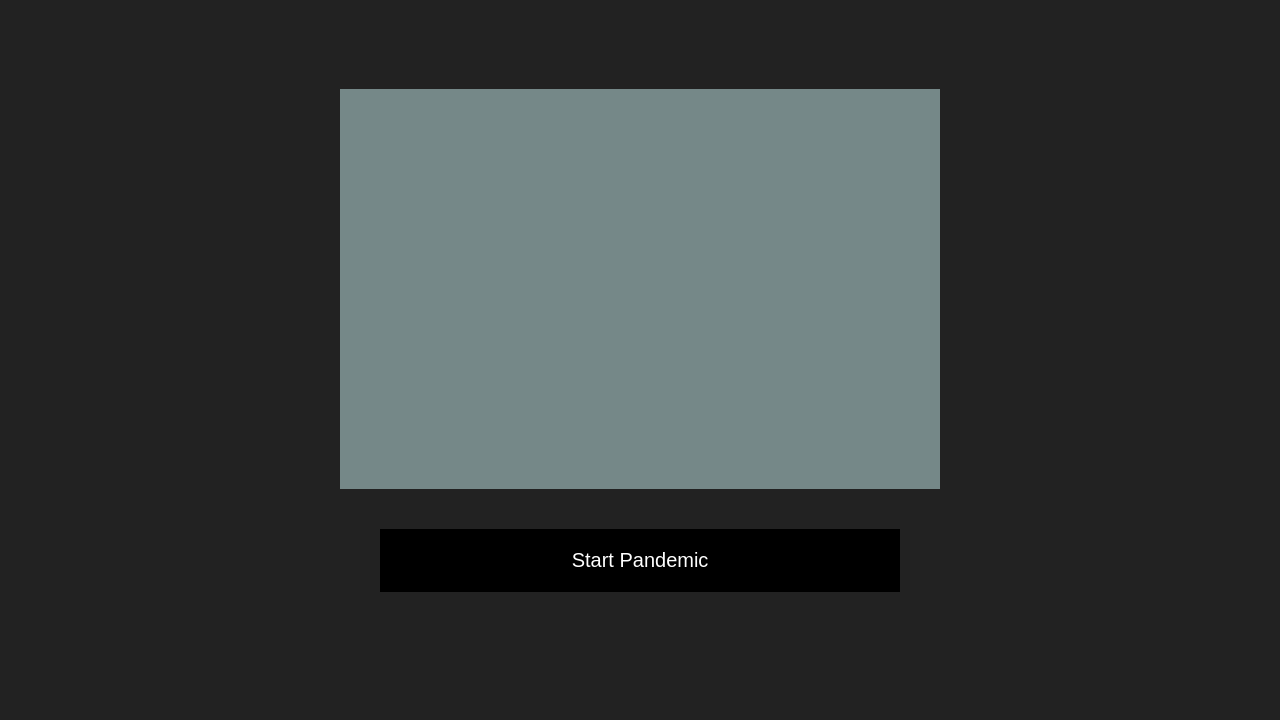
Repository: mindfoo/project-game
Page: index.html
These files come from the project's save history. The page is drawn as it stood at one moment and after the next save; the edit follows.
The browser window is 1280 px wide. The pictures show the whole page.

Above is the page before, as saved 2020-03-25 21:38:43.

### index.html
<!DOCTYPE html>
<html lang="en">
  <head>
    <meta charset="UTF-8" />
    <meta name="viewport" content="width=device-width;
    initial-scale=1; maximum-scale=1; user-scalable=0;"/>
    <meta http-equiv="X-UA-Compatible" content="ie=edge" />
    <link rel="stylesheet" href="styles/style.css" />
    <title>Project | Flappy Corona</title>
  </head>
  <body>

    <div id="game-board">
      <canvas id="canvas" width="600" height="400" ></canvas>

      <button class="start" id="start-button">Start Pandemic</button>
    </div>

    <script type="text/javascript" src="js/obstacles.js"></script>
    <script type="text/javascript" src="js/player.js"></script>
    <script type="text/javascript" src="js/background.js"></script>
    <script type="text/javascript" src="js/game.js"></script>
    <script type="text/javascript" src="js/script.js"></script>
  </body>
</html>

### styles/style.css
@import url('https://fonts.googleapis.com/css2?family=Sen:wght@400;700;800&display=swap');


html, body {
  overflow: hidden;
  margin: 0;
  padding: 0;
  background: #222;
  width: 100vw;
  height: 100vh;
  position: relative;
  display: flex;
  text-align: center;
  align-items: center;
  justify-content: center;
}

canvas{
  z-index: 1;
  background: #758888;
}

body > * {
  font-family: 'Sen', sans-serif;
  font-weight: 800;
}

body h1 {
  font-size: 30px;
  text-transform: uppercase;
}

body button {
  font-size: 20px;
  background-color: black;
  color: #fff;
  padding: 20px 30px;
  border: 0;
  margin: 40px;
}

#game-board {
  display: flex;
  flex-direction: column;
}

### js/obstacles.js
class ObstaclePipes {
    constructor(game) {
      this.game = game;
      this.ctx = game.ctx;

      this.height = 452/5;
      this.width = 471/5;

      this.x = this.game.width;
      this.y = Math.floor((Math.random() * (this.game.height-this.height)));

      this.speed = 3;

      this.position = [];

      this.image = new Image();
      this.image.src = "./images/corona.png";
    }
    drawObstacle() {
      console.log(this.y)
      this.ctx.drawImage(this.image, this.x, this.y, this.width, this.height);
    }
    update() {
      this.x -= this.speed;
    }
  }

### js/player.js
class Player {
  constructor(game) {
    this.game = game;
    this.ctx = game.ctx;
    this.x = 20;
    this.y = this.game.height / 2;
    this.width = 40;
    this.height = 35;

    this.speedY = 0;
    this.gravity = 0.05;
    this.gravitySpeed = 0;

    this.image = new Image();
    this.image.src = "./images/playa.png";
  }
  // only draws the player
  drawPlayer() {
    this.ctx.drawImage(this.image, this.x, this.y, this.width, this.height);
    //console.log(this.speedY , this.speedX);
  }

  update() {
    this.y += this.speedY;

    if (this.y < 0) {
      this.speedY = 1;
      this.y = 0;
    }
    if (this.y >= this.game.height - this.height) {
      this.speedY = 0;
    }
  }

  setControls() {

    window.addEventListener("keydown", event => {
      /*
      if (event.keyCode === 38) {
        this.speedY = -1;
      }
      if (event.keyCode === 40) {
        this.speedY = 1;
      }
      if (event.keyCode === 37) {
        this.speedX = -1;
      }
      if (event.keyCode === 39) {
        this.speedX = 1;
      }
      */
      if (event.keyCode === 32) {
        event.preventDefault();
        //console.log("pressed");

        this.speedY = -1;
        this.gravity = -.2;
        this.update();
      }
    });

    window.addEventListener("keyup", event => {
      if (event.keyCode === 32) {
        event.preventDefault();
        this.speedY *= -1;
      }
    });

  }

  // sets gravity on the position????
  newPos() {
    this.gravitySpeed += this.gravity;
    this.y += this.speedY - this.gravitySpeed;
  }
}

### js/background.js
class infiniteBackground {
    constructor(game){
        this.game = game;
        this.ctx = game.ctx;

        this.x = 0;
        this.y = 0;
        //this.width = 150;//900
        //this.height = 150;//504
        this.width = game.width; //900
        this.height = game.height; //504
        this.scrollSpeed = .5;

        this.image = new Image();

        this.image.src = "./images/cave.png";

    }
    drawBackground(){
        //console.log("drawing bg" + this.scrollSpeed)
        // draw image 1
        this.ctx.drawImage(this.image, this.x, this.y, this.width, this.height);
        // draw image 2
        this.ctx.drawImage(this.image, this.x + this.width, this.y, this.width, this.height);

        // update image height
        this.x -= this.scrollSpeed;
        //console.log(this.x);

        // resetting the images when the first image entirely exits the screen
        if (this.x < -this.game.width) {
            this.x = 0;
            //console.log("this");
        }


    }
}

### js/game.js
class Game {
  constructor(canvas) {
    this.canvas = canvas;
    this.ctx = canvas.getContext("2d");
    this.width = canvas.width;
    this.height = canvas.height;


    this.background = new infiniteBackground(this);
    //this.obstacle = new ObstaclePipes(this);
    this.animationId;

    this.player = new Player(this);
    this.player.setControls();

    this.frame = 0;
    this.obstaclesArray = [];
    this.scoreArray = [];
    //Helper for obstacle creation
    this.frame = 0;

    this.gameStatus = "game";
  }

  start() {
    //console.log("I started the game");
    if (this.gameStatus === "game") {
      this.animation();
    }
  }
  draw() {
    //console.log("I draw the game");
    this.ctx.clearRect(0, 0, this.width, this.height);
    this.background.drawBackground();
    this.player.drawPlayer();

    //Iterate over the obstacles
    for (let obstacle of this.obstaclesArray) {
      obstacle.drawObstacle();
    }
  }


  obstaclesExistence() {
    for (let obstacle of this.obstaclesArray) {
      obstacle.update();

      if (this.checkCollision(this.player, obstacle)) {
        this.gameStatus = "game-over";
      }

      if (obstacle.x + obstacle.width < 0) {
        this.obstaclesArray.shift();
        this.scoreArray.push(1);
        console.log(this.scoreArray);
      }
    }
  }


  checkCollision(player, object) {
    if (object) {
      return (
        player.x < object.x + object.width/2 &&
        player.x + player.width > object.x + object.width/2 &&
        player.y < object.y + object.height/2 &&
        player.y + player.height > object.y
      );
    }
  }

  gameOver() {
    this.ctx.save();
    this.ctx.fillStyle = 'rgba(255, 165, 0, 0.5)';
    this.ctx.fillRect(0, 0, this.width, this.height);
    this.ctx.fillStyle = '#222222';
    this.ctx.font = "italic small-caps bold 12px Sen";

    this.ctx.fillText(`GAME OVER!`, this.width / 2, this.height - 80);
    this.ctx.fillText(
      `YOU AVOIDED ${this.scoreArray.length} OBSTACLE(S)`,
      this.width / 8,
      100
    );

    this.ctx.restore();
    //this.player.carCrashAudio.play();
  }



  animation() {
    this.draw();
    this.update();
    this.animationId = window.requestAnimationFrame(() => {
      if (this.gameStatus === "game") {
        this.animation();
      }
      if (this.gameStatus === "game-over") {
        window.cancelAnimationFrame(this.animationId);
        this.gameOver();
      }
    });
  }

  update() {
    this.frame++;
    //console.log("I updated");
    this.player.update();
    //Append obstacles being created into array
    if (this.frame % 120 === 0) {
      this.obstaclesArray.push(new ObstaclePipes(this));
    }
    this.obstaclesExistence();
  }
}

### js/script.js
window.onload = function() {
  const canvas = document.querySelector("canvas");
  const game = new Game(canvas);

  document.getElementById("start-button").onclick = function() {
    event.preventDefault();
    game.start();
  };




};

After the next save:
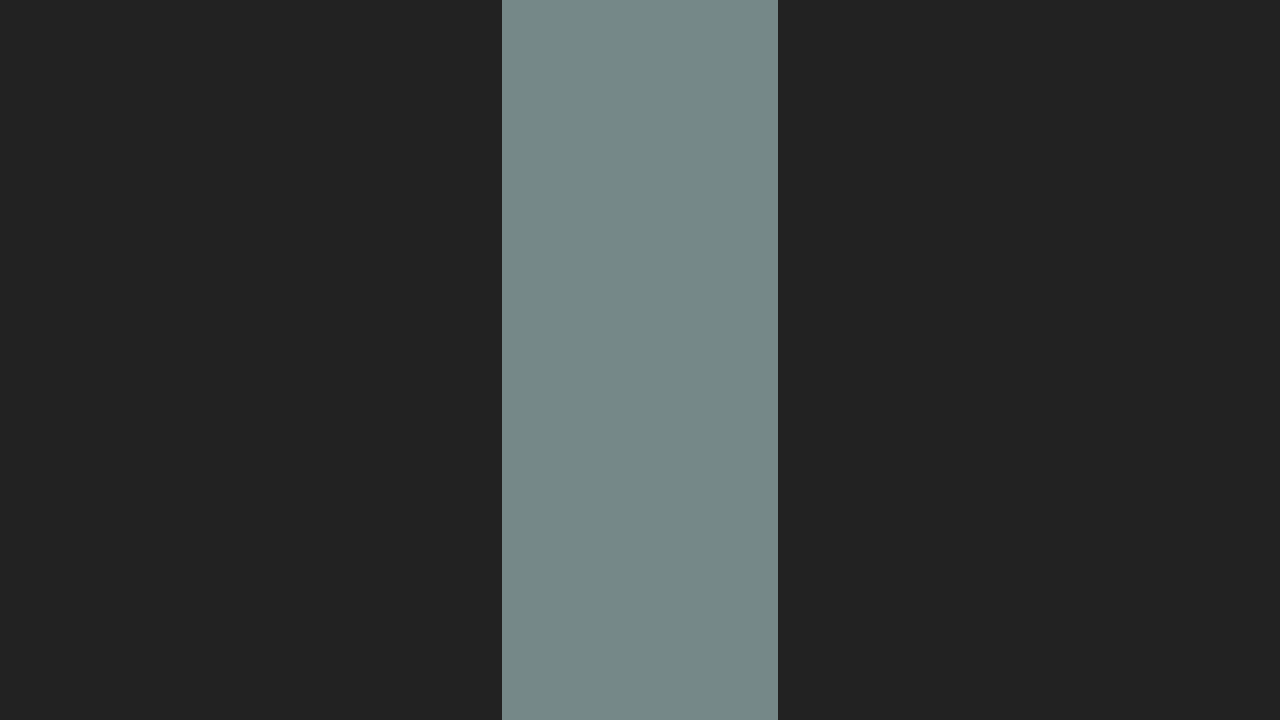
Saved 61 s later.
--- a/index.html
+++ b/index.html
@@ -11,7 +11,7 @@
   <body>
 
     <div id="game-board">
-      <canvas id="canvas" width="600" height="400" ></canvas>
+      <canvas id="canvas" width="100vw" height="400" ></canvas>
 
       <button class="start" id="start-button">Start Pandemic</button>
     </div>
